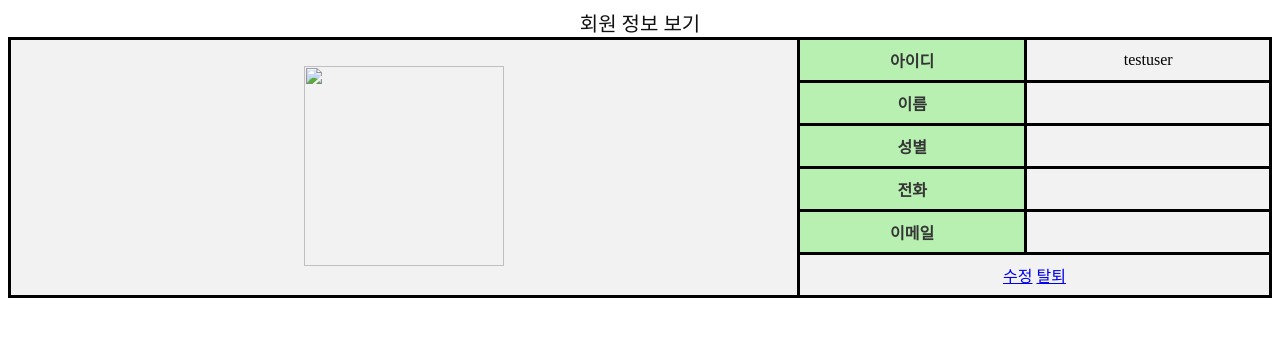
Repository: LucestDail/jdbcWorkspace
Page: http://localhost/jdbcProject/model1/member/info.jsp?id=null
The author's editor kept a copy of each file at every save. The page is drawn from the files as they stood at one save, then again after the next save.
The browser window is 1280 px wide. The pictures show the whole page.
The page is served by Tomcat 9. The session is filled in as if someone had signed in: {"login": "testuser", "name": "Test User"}. Queries for data that is not in the repository find no rows.

Above is the page before, as saved 2020-11-17 07:53:33.

After the next save:
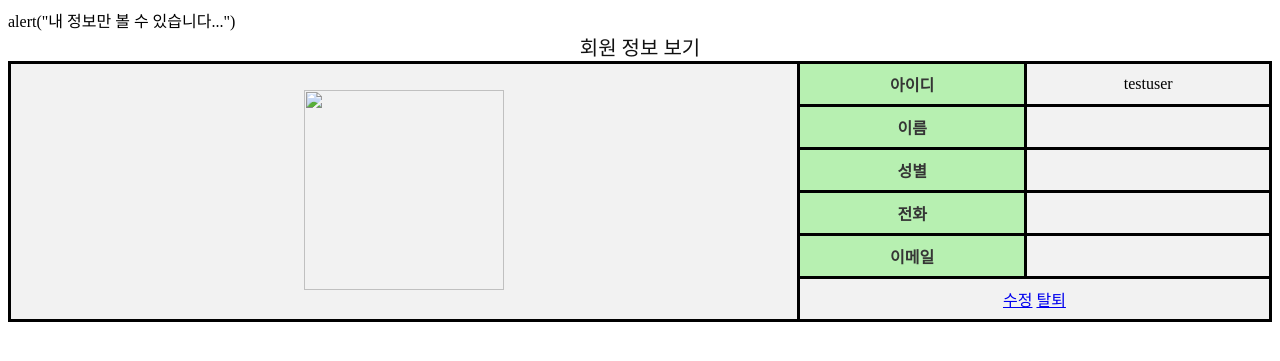
Saved 79 s later.
--- a/jdbcProject/WebContent/model1/member/info.jsp
+++ b/jdbcProject/WebContent/model1/member/info.jsp
@@ -30,7 +30,9 @@
 		tel = mem.getTel();
 		email = mem.getEmail();
 		picture = mem.getPicture();
-	}
+	}else{%>
+		alert("내 정보만 볼 수 있습니다...")
+	<%}
 
 %>
 
